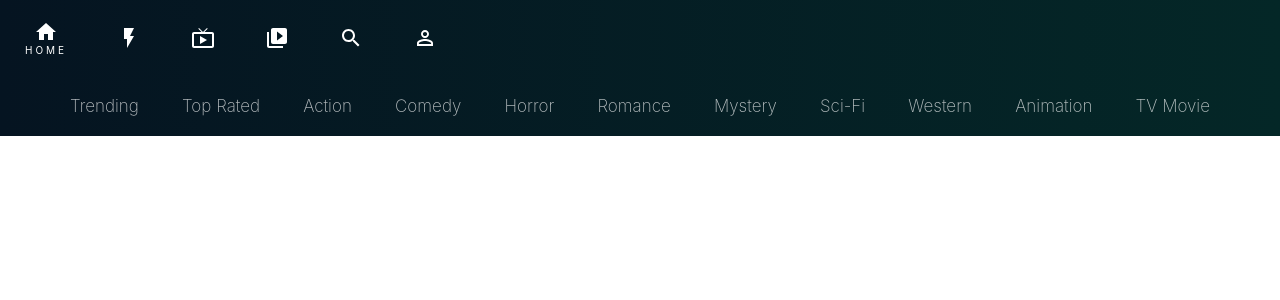
Repository: RishabhJM/recc
Page: /
The author's editor kept a copy of each file at every save. The page is drawn from the files as they stood at one save, then again after the next save.
The browser window is 1280 px wide. The pictures show the whole page.
The page's requests for data from a server got no answer. The project was rebuilt for these pictures with package versions that can differ from the ones it lists, and the page was loaded fresh each time. No one was signed in, and anything a server would have sent is missing. Also part of the build but not shown: src/App.css, src/Card.css, src/card.js.

Above is the page before, as saved 2022-07-01 17:24:40.

After the next save:
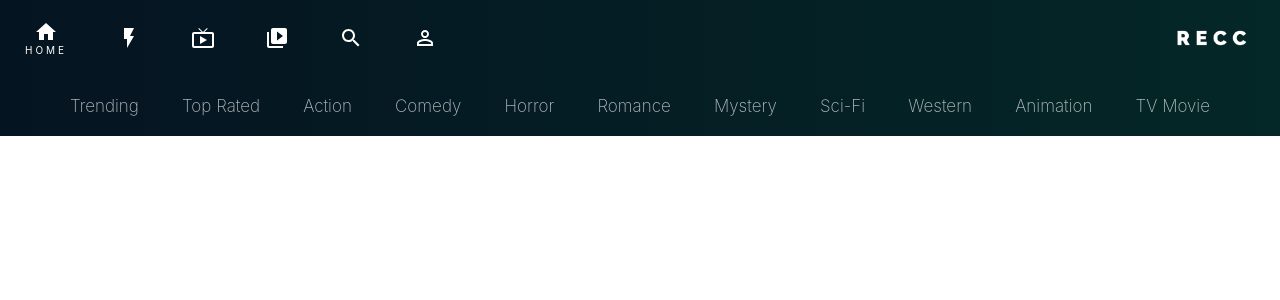
Saved 16 s later.
--- a/src/Header.js
+++ b/src/Header.js
@@ -26,7 +26,7 @@ function Header() {
 
 
             </div>
-            <img src="" alt="" />
+            <img src={reccLogo} alt="" />
 
 
         </div>
